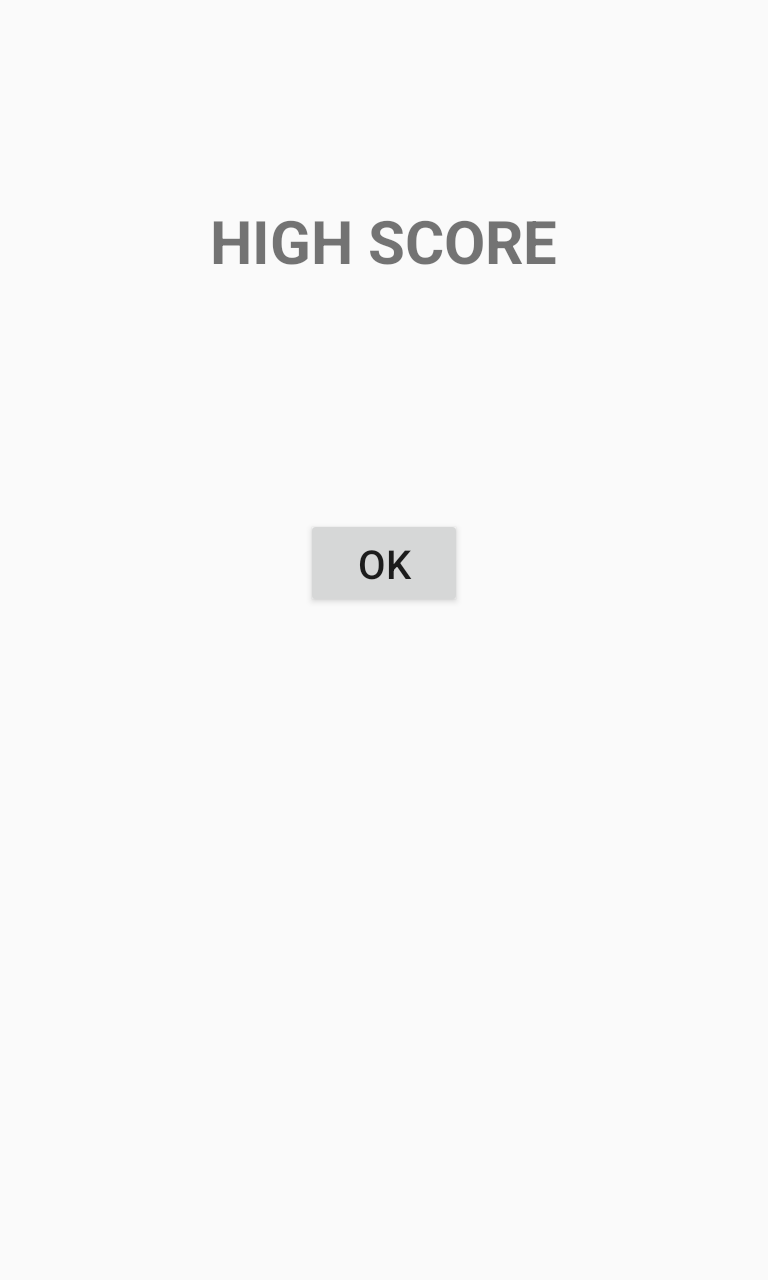
Repository: JoanneCaroll/Mathbomb
Layout: MathBomb/res/layout/activity_highscore.xml
The author's editor kept a copy of each file at every save. The layout is drawn from the files as they stood at one save, then again after the next save.
It is drawn on a 768 x 1280 px phone screen (xhdpi) without system bars, with theme AppTheme; the app's code is not run.

Above is the layout before, as saved 2014-11-13 01:34:38.

After the next save:
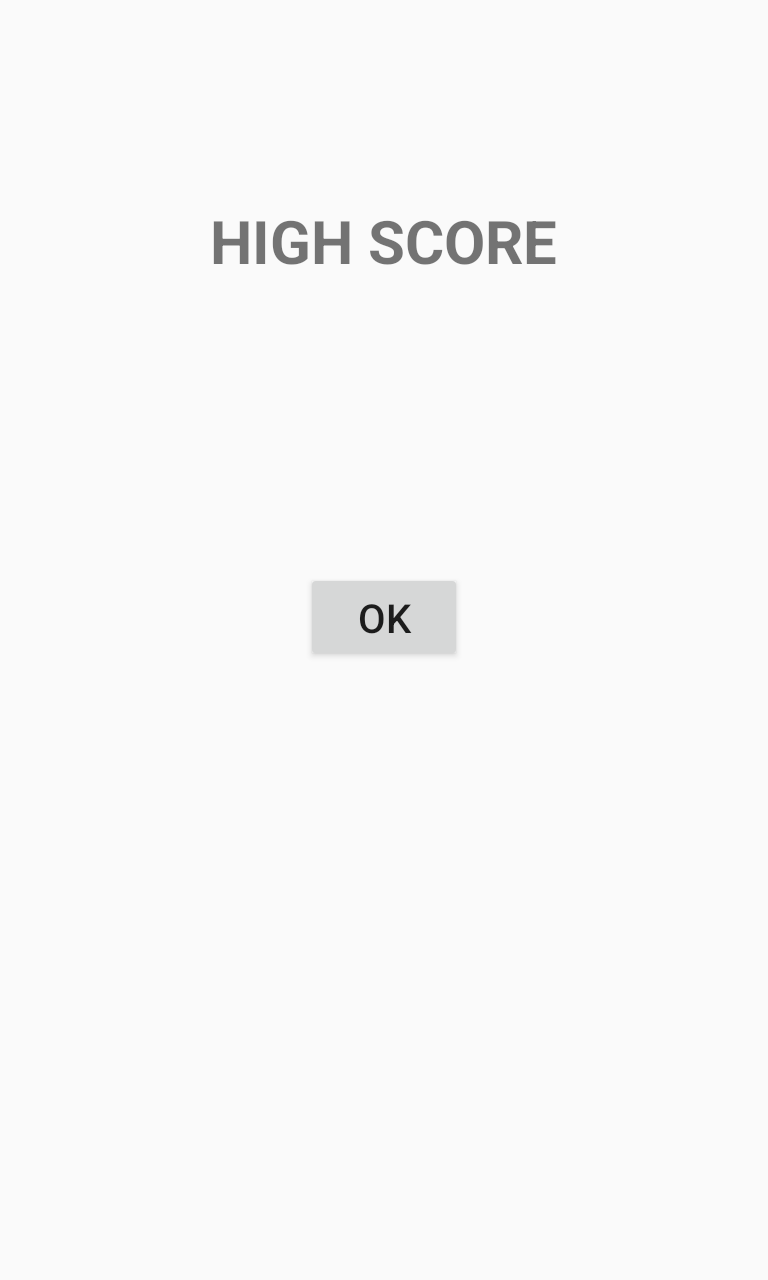
Saved 5 min 31 s later.
--- a/MathBomb/res/layout/activity_highscore.xml
+++ b/MathBomb/res/layout/activity_highscore.xml
@@ -15,6 +15,15 @@
         android:textSize="30dp"
         android:textStyle="bold"
         android:text="@string/highscoretitle" />
+
+    <TextView
+            android:id="@+id/easy"
+            android:layout_gravity="center"
+            android:layout_width="wrap_content"
+            android:layout_height="wrap_content"
+            android:textSize="20dp"
+            android:textStyle="bold"
+            android:paddingRight="50dp" />
 
     <LinearLayout
         android:layout_width="match_parent"
